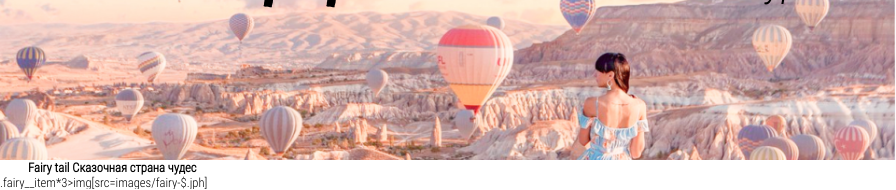
Repository: Lareeman/cappadocia
Page: index.html
The author's editor kept a copy of each file at every save. The page is drawn from the files as they stood at one save, then again after a run of saves.
The browser window is 1280 px wide. The pictures show the part of the page from y = 491 to 2411 px (the page is 762 px tall before and 2853 px after), at 70% of full size.

Above is the page before, as saved 2024-01-27 10:39:22.

After the next 2 saves:
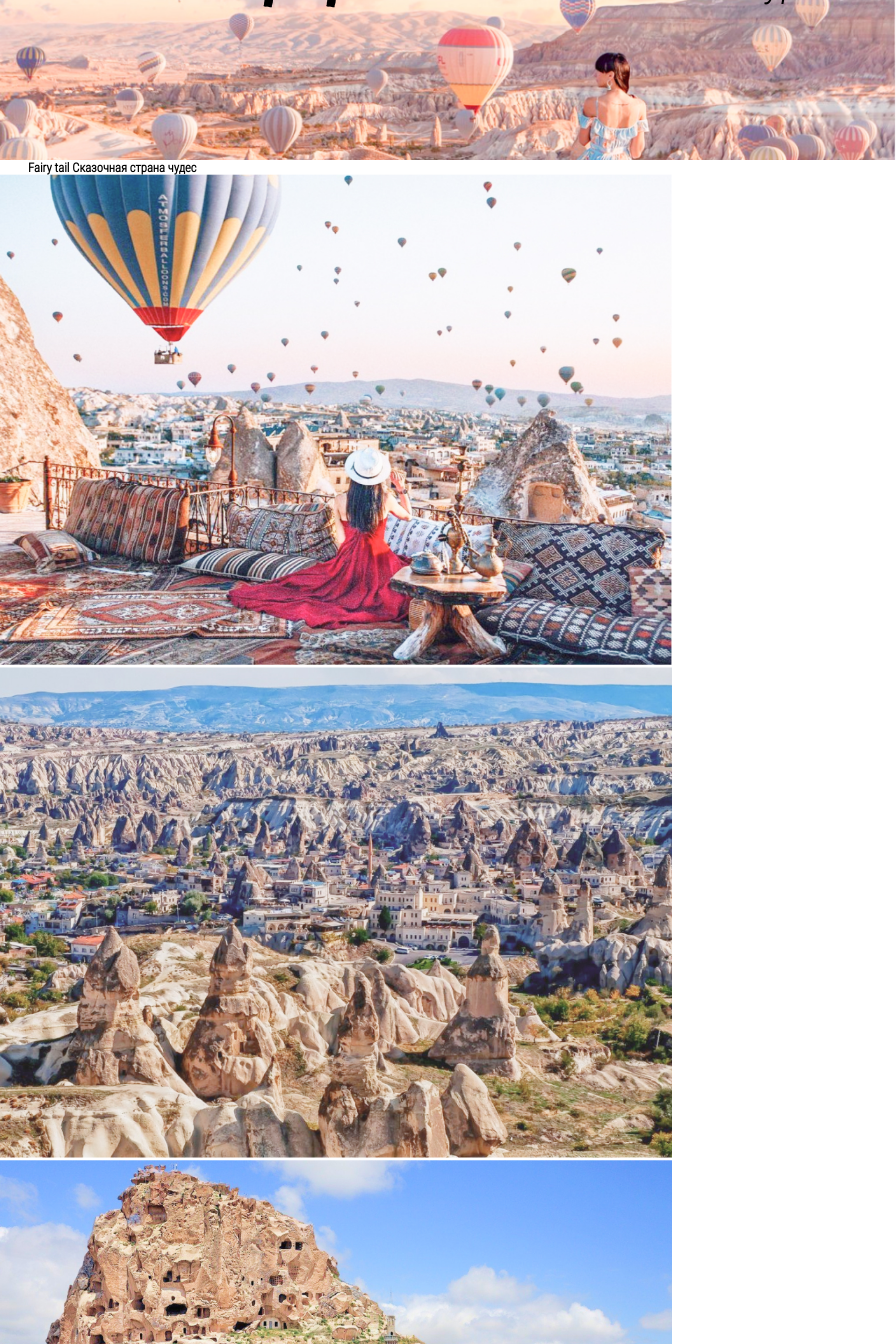
The 2 saves are shown as one change because they came seconds apart.
The last was saved 5 s later.
--- a/index.html
+++ b/index.html
@@ -35,7 +35,9 @@
     </div>
     <div class="fairy__inner">
       <div class="fairy__slider">
-        .fairy__item*3>img[src=images/fairy-$.jph]
+        <div class="fairy__item"><img src="images/fairy-1.jpg" alt=""></div>
+        <div class="fairy__item"><img src="images/fairy-2.jpg" alt=""></div>
+        <div class="fairy__item"><img src="images/fairy-3.jpg" alt=""></div>
       </div>
       <div class="fairy__content"></div>
     </div>
